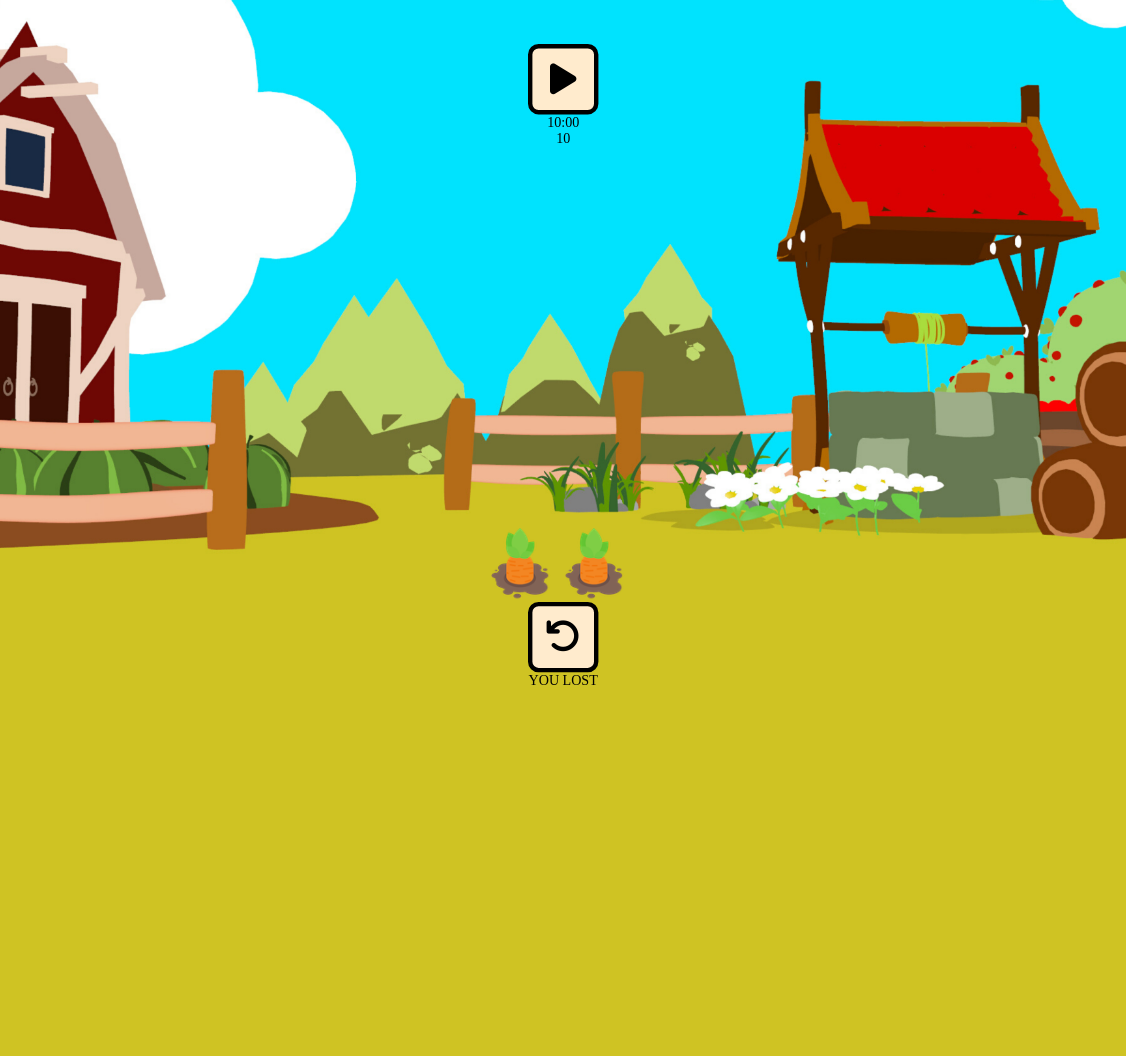
Repository: keehoonjung/Bug-Game
Page: index.html
These files come from the project's save history. The page is drawn as it stood at one moment and after a run of saves; the edit follows.
The browser window is 1280 px wide. The pictures show the whole page, at 88% of full size.
Some web libraries are served in a nearby version.

Above is the page before, as saved 2021-08-10 10:50:45.

### index.html
<!DOCTYPE html>
<html lang="en">
<head>
    <meta charset="UTF-8">
    <meta http-equiv="X-UA-Compatible" content="IE=edge">
    <meta name="viewport" content="width=device-width, initial-scale=1.0">
    <title>Document</title>
    <link rel="stylesheet" href="style.css">
    <script src="main.js"></script>
    <script src="https://kit.fontawesome.com/a7a8d59961.js" crossorigin="anonymous"></script>
</head>
<body>
    <section class="container">
        <section class="header">
            <button class="play__btn">
                <i class="fas fa-play"></i>
            </button>
            <div class="timer">
                10:00
            </div>
            <div class="count">10</div>
        </section>
        <section class="playground">
            <img src="./img/carrot.png" alt="carrot">
            <img src="./img/carrot.png" alt="carrot">
        </section>
        <div class="popup">
            <button class="retry">
                <i class="fas fa-undo"></i>
            </button>
            <div class="message">YOU LOST</div>
        </div>
    </section>
</body>
</html>

### style.css
* {
  box-sizing: border-box;
}

body {
  margin: 0;
}

button {
  width: 80px;
  height: 80px;
  background-color: blanchedalmond;
  font-size: 40px;
  border: 5px solid black;
  border-radius: 12px;
}
.container {
  background: center/ cover no-repeat url(/img/background.png);
  height: 1200px;
  text-align: center;
}

.header {
  height: 600px;
  padding-top: 50px;
}

.play__btn {
}

Loaded but not shown: main.js (no copy from this time; the picture is the same without it)

After the next 2 saves:
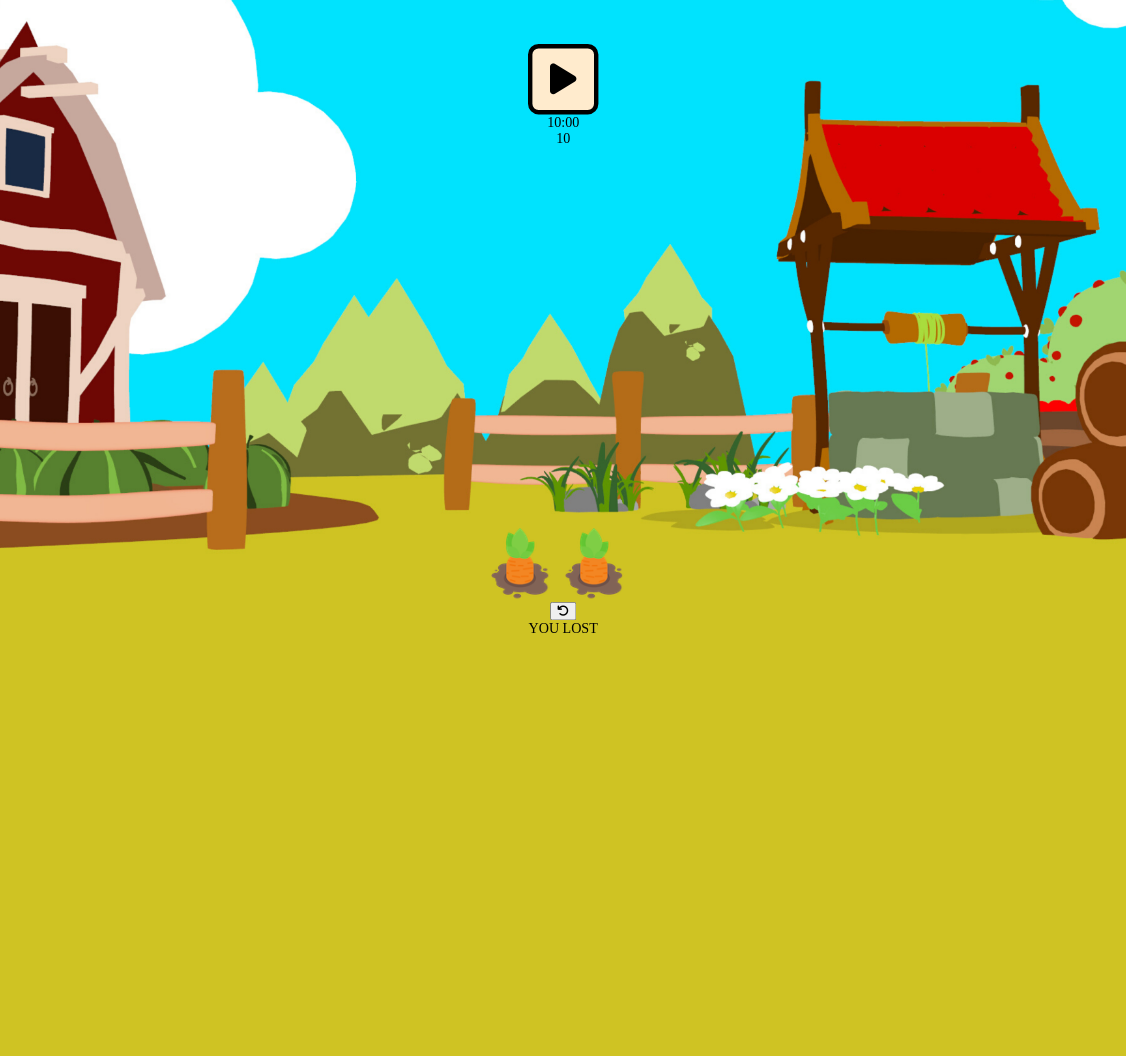
The 2 saves are shown as one change because they came seconds apart.
The last was saved 57 s later.
--- a/style.css
+++ b/style.css
@@ -7,12 +7,6 @@ body {
 }
 
 button {
-  width: 80px;
-  height: 80px;
-  background-color: blanchedalmond;
-  font-size: 40px;
-  border: 5px solid black;
-  border-radius: 12px;
 }
 .container {
   background: center/ cover no-repeat url(/img/background.png);
@@ -26,4 +20,10 @@ button {
 }
 
 .play__btn {
+  width: 80px;
+  height: 80px;
+  background-color: blanchedalmond;
+  font-size: 40px;
+  border: 5px solid black;
+  border-radius: 12px;
 }
